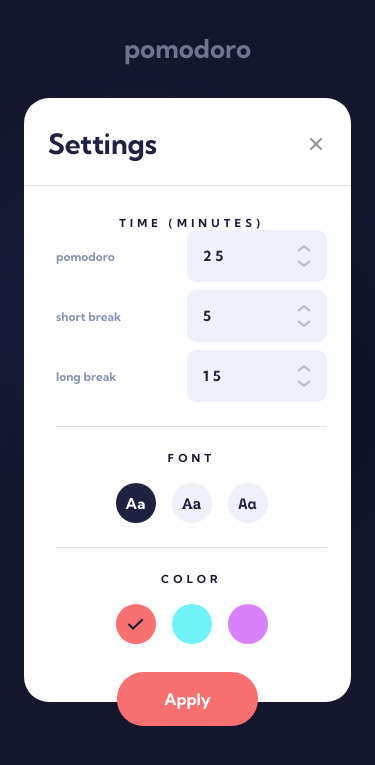
Repository: blordeus/pomodoro-app
Page: /, after clicking the first element matching `button.settings-trigger`
An editor plug-in stored every save of this project. The page is shown before and after the next save, followed by the edit.
The browser window is 375 px wide. The pictures show the whole page.
The project was rebuilt for these pictures with package versions that can differ from the ones it lists, and the page was loaded fresh each time.

Above is the page before, as saved 2026-05-09 18:38:59.

After the next save:
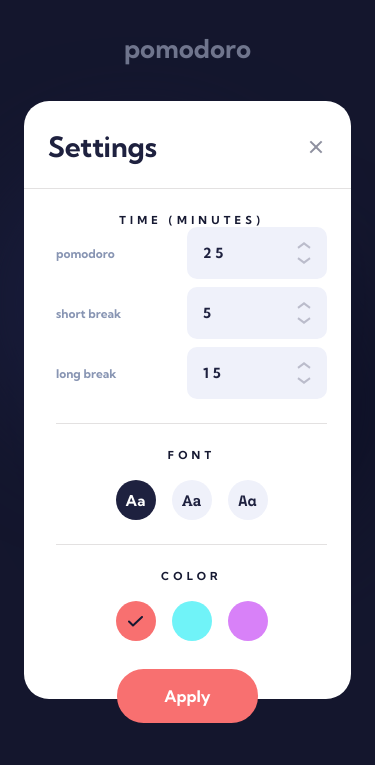
Saved 20 s later.
--- a/src/index.css
+++ b/src/index.css
@@ -482,7 +482,7 @@ button {
   }
 
   .modal__body {
-    padding: 6px 24px 24px 32px;
+    padding: 0px 24px 24px 32px;
 
   }
 
